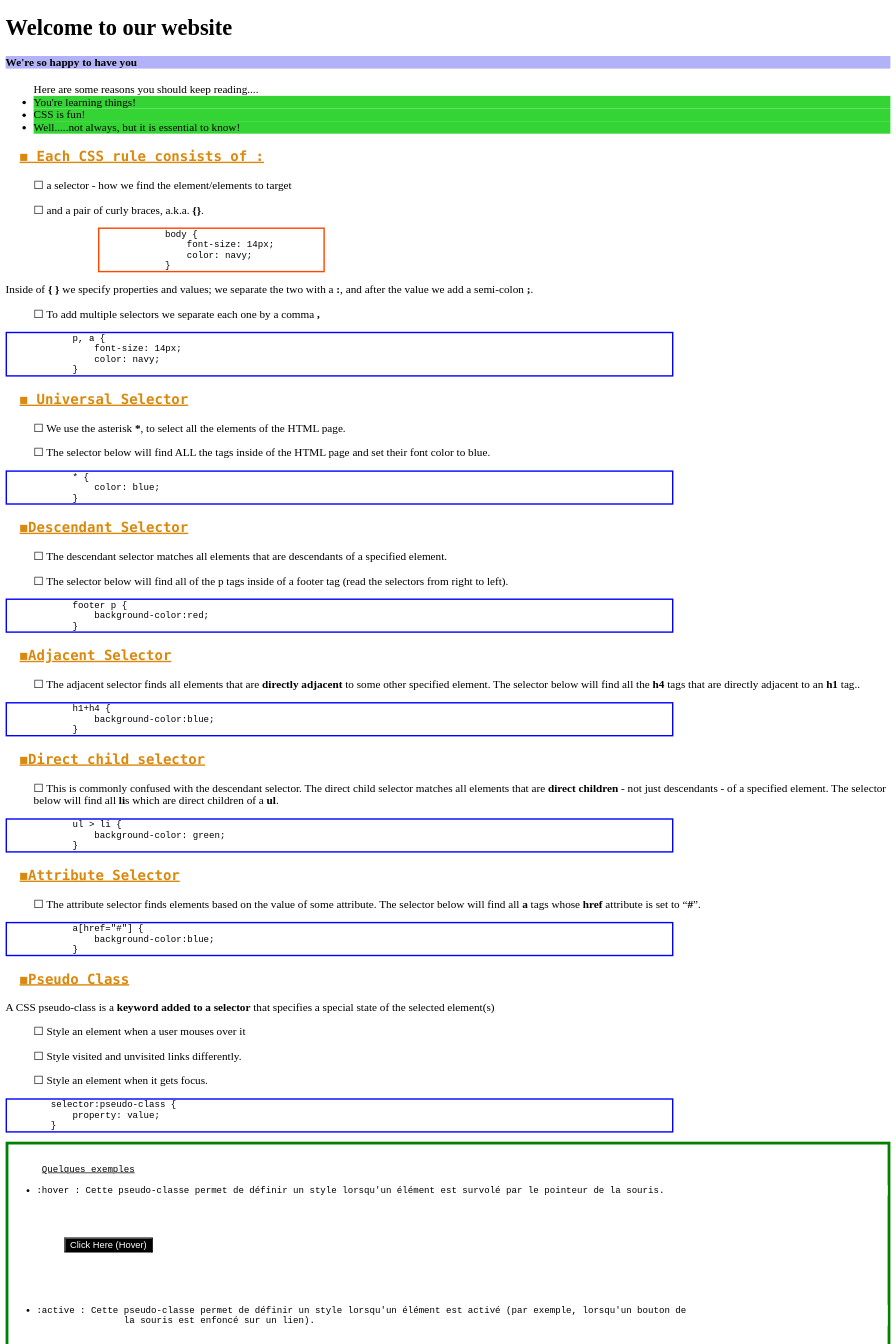
Repository: AnnaSpirit/Tests__
Page: CSS/Useful_Selectors.html
An editor plug-in stored every save of this project. The page is shown before and after the next save, followed by the edit.
The browser window is 1280 px wide. The pictures show the part of the page from y = 0 to 1920 px (the page is 2653 px tall), at 70% of full size.

Above is the page before, as saved 2024-04-03 18:59:29.

After the next save:
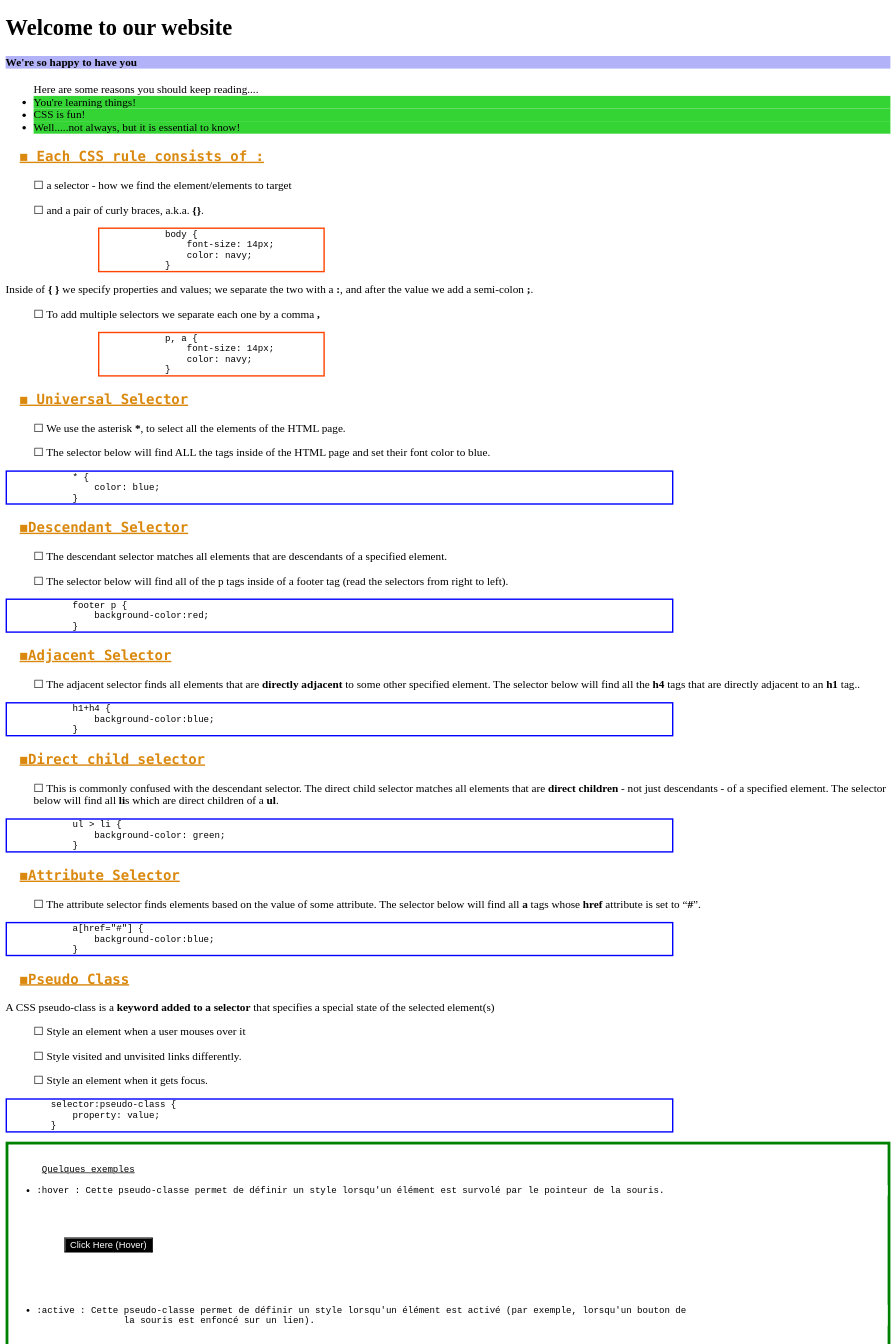
Saved 23 s later.
--- a/CSS/Useful_Selectors.html
+++ b/CSS/Useful_Selectors.html
@@ -31,7 +31,7 @@
     <p>Inside of <b>{ }</b> we specify properties and values; we separate the two with a <b>:</b>, and after the value we add a semi-colon <b>;</b>.</p>
             <p style="padding-left: 40px;"> &#9744; To add multiple selectors we separate each one by a comma <b>,</b></p>
     <span>
-        <pre style="border: 2px solid blue; margin-right: 310px">
+        <pre class="classblue">
             p, a {
                 font-size: 14px;
                 color: navy;
